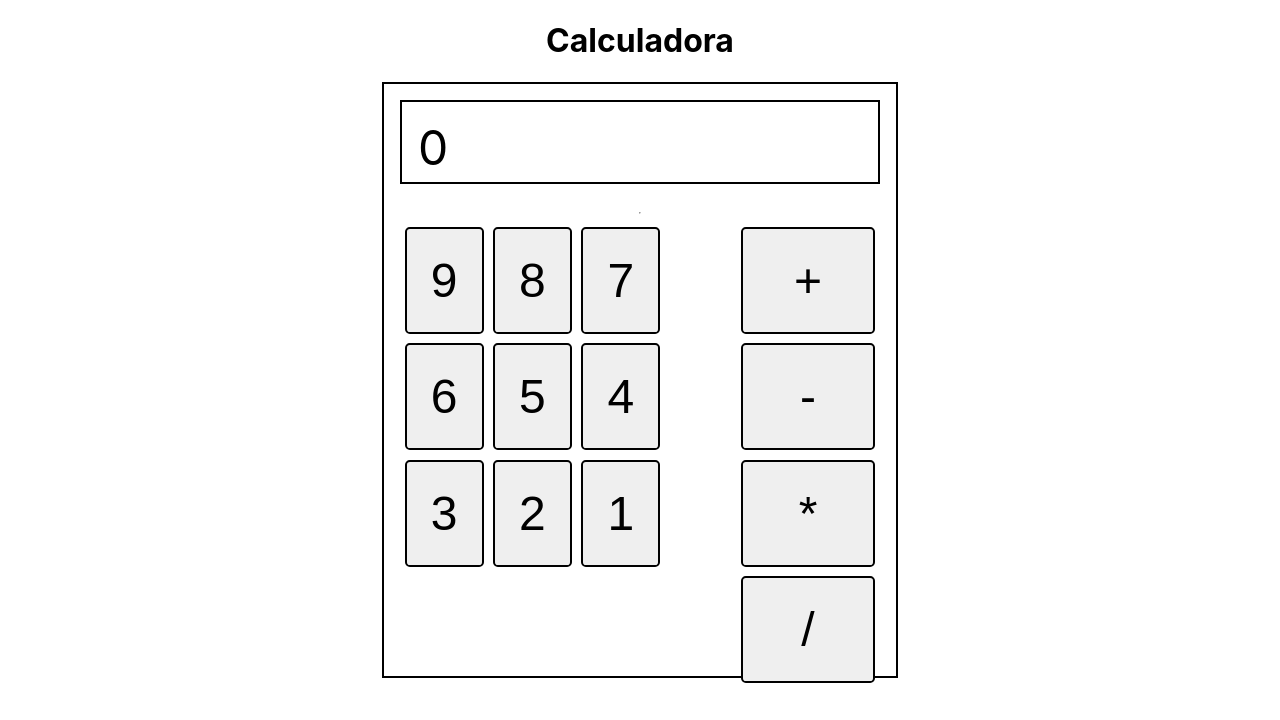
Repository: yamaka/curso-react-febrero-2022
Page: /
An editor plug-in stored every save of this project. The page is shown before and after the next save, followed by the edit.
The browser window is 1280 px wide. The pictures show the whole page.
The project was rebuilt for these pictures with package versions that can differ from the ones it lists, and the page was loaded fresh each time. Also part of the build but not shown: src/App.css, src/components/Zanahoria/Zanahoria.css, src/components/Zanahoria/Zanahoria.js, src/components/Zanahorias/Zanahorias.js, src/components/Lechuga/Lechuga.css, src/components/Lechuga/Lechuga.js, src/components/Calculadora/Calculadora.css, src/components/Calculadora/Calculadora.js and 4 more.

Above is the page before, as saved 2022-03-02 18:43:40.

### src/index.js
import React from 'react';
import ReactDOM from 'react-dom';
import './index.css';
import App from './App';
import reportWebVitals from './reportWebVitals';

ReactDOM.render(
  <React.StrictMode>
    <App />
  </React.StrictMode>,
  document.getElementById('root')
);

// If you want to start measuring performance in your app, pass a function
// to log results (for example: reportWebVitals(console.log))
// or send to an analytics endpoint. Learn more: https://bit.ly/CRA-vitals
reportWebVitals();

### src/App.js
import logo from './logo.svg';
import './App.css';
import Zanahorias from './components/Zanahorias/Zanahorias';
import Lechuga from './components/Lechuga/Lechuga';
import Calculadora from './components/Calculadora/Calculadora';
import CiclosVida from './components/CiclosVida/CiclosVida';
import CalculadoraHooks from './hooks/Calculadora/Calculadora'

function App() {
  return (
    <div style={{
      display: 'flex',
      flexDirection: 'column',
      justifyContent: 'center',
      alignItems: 'center'
    }}>
      {/* componentes sin estado  */}
      {/* <h1>Componentes sin estado  funcionales</h1>
      <h2>Verduleria</h2>
      <Zanahorias titulo={"zanahorias super economicas"} cantidad={3} />  */}
        {/* hacer lo mismo con lechugas */}
      {/* componentes con estado */}
      {/* <h1>componentes con estado como clase</h1>
      <Calculadora/> */}
      {/* <CiclosVida/> */}
      <CalculadoraHooks/>
    </div>
  );
}

export default App;

### src/hooks/Calculadora/Calculadora.js
//componentes como funcionales con estado
import React, { useState } from "react";
import Input from "../components/Input/Input";
import BotonNumerico from "../components/BotonNumerico/BotonNumerico";
import BotonOperacion from "../components/BotonOperacion/BotonOperacion";
import BotonIgual from "../components/BotonIgual/BotonIgual";

import "./Calculadora.css";

const Calculadora = () => {
  const [display, setDisplay] = useState("0");
  const [operandoA, setOperandoA] = useState(0);
  const [operandoB, setOperandoB] = useState(0);
  const [operacion, setOperacion] = useState("+");

  const onPressNumerico = (numero) => {
    if (operandoA == 0) {
      setOperandoA(numero);
      setDisplay(numero);
    } else {
      setOperandoB(numero);
      setDisplay(display + numero);
    }
  };

  const onPressOperacion = (operacion) => {
    setOperacion(operacion);
    setDisplay(display + operacion);
  };

  const calcular = () => {
    switch (operacion) {
      case "+":
        setDisplay((parseInt(operandoA) + parseInt(operandoB)).toString());
    }
  };

  return (
    <div className="container">
      <h1>Calculadora</h1>
      <div className="calculadora-container">
        <Input value={display} />
        <br />
        <hr />
        <div
          style={{
            display: "flex",
            flex: 1,
            flexDirection: "row",
          }}
        >
          <div style={{ display: "flex", flex: 1, flexDirection: "column" }}>
            <div style={{ display: "flex", flexDirection: "row" }}>
              <BotonNumerico value="9" onPress={onPressNumerico} />
              <BotonNumerico value="8" onPress={onPressNumerico} />
              <BotonNumerico value="7" onPress={onPressNumerico} />
            </div>
            <div style={{ display: "flex", flexDirection: "row" }}>
              <BotonNumerico value="6" onPress={onPressNumerico} />
              <BotonNumerico value="5" onPress={onPressNumerico} />
              <BotonNumerico value="4" onPress={onPressNumerico} />
            </div>
            <div style={{ display: "flex", flexDirection: "row" }}>
              <BotonNumerico value="3" onPress={onPressNumerico} />
              <BotonNumerico value="2" onPress={onPressNumerico} />
              <BotonNumerico value="1" onPress={onPressNumerico} />

              {/* <div>
                <BotonNumerico value="0" onPress={onPressNumerico} />
                <BotonIgual onPress={calcular} />
              </div> */}
            </div>
          </div>
          <div
            style={{ display: "flex", flexDirection: "column", width: "30%" }}
          >
            <BotonOperacion operator="+" onPress={onPressOperacion} />
            <BotonOperacion operator="-" onPress={onPressOperacion} />
            <BotonOperacion operator="*" onPress={onPressOperacion} />
            <BotonOperacion operator="/" onPress={onPressOperacion} />
          </div>
        </div>
      </div>
    </div>
  );
};

export default Calculadora;

### src/hooks/components/Input/Input.js
import React from 'react'
import './Input.css'
//tarea que los numeros introduciodps vayan a la derecha

const Input = ({value}) => {
  return (
    <div className='input-container'><span>{value}</span></div>
  )
}

export default Input

### src/hooks/components/BotonNumerico/BotonNumerico.js
import React from 'react'
import './BotonNumerico.css';
const BotonNumerico = ({value, onPress}) => {
  return (
    <button className='boton-numerico' onClick={()=>onPress(value)}>{value}</button>
  )
}

export default BotonNumerico

### src/hooks/components/BotonOperacion/BotonOperacion.js
import React from "react";
import "./BotonOperacion.css";

const BotonOperacion = ({ operator, onPress }) => {
  return (
    <button className="boton-operacion" onClick={() => onPress(operator)}>
      {operator}
    </button>
  );
};

export default BotonOperacion;

### src/hooks/Calculadora/Calculadora.css

.container{
    display: flex;
    flex: 1;
    flex-direction: column;
    align-items: center;

}
.calculadora-container{
    padding: 1rem;
    border: solid 1px;
    border-width: 2px;
    display: flex;
    flex-direction: column;
    width: 30rem;
    height: 35rem;
}

### src/hooks/components/Input/Input.css
.input-container{
    border: solid 1px;
    border-width: 2px;
    height: 3rem;
    font-size: 3rem;
    padding: 1rem;
}

### src/hooks/components/BotonNumerico/BotonNumerico.css
.boton-numerico {
  border: solid 2px;
  padding: 1.5rem;
  border-radius: 0.3rem;
  font-size: 3rem;
  margin: 0.3rem;
}

### src/hooks/components/BotonOperacion/BotonOperacion.css
.boton-operacion {
  border: solid 2px;
  padding: 1.5rem;
  border-radius: 0.3rem;
  font-size: 3rem;
  margin: 0.3rem;
}

Loaded but not shown: public/index.html (common file); src/index.css (common file); src/reportWebVitals.js (common file)

After the next save:
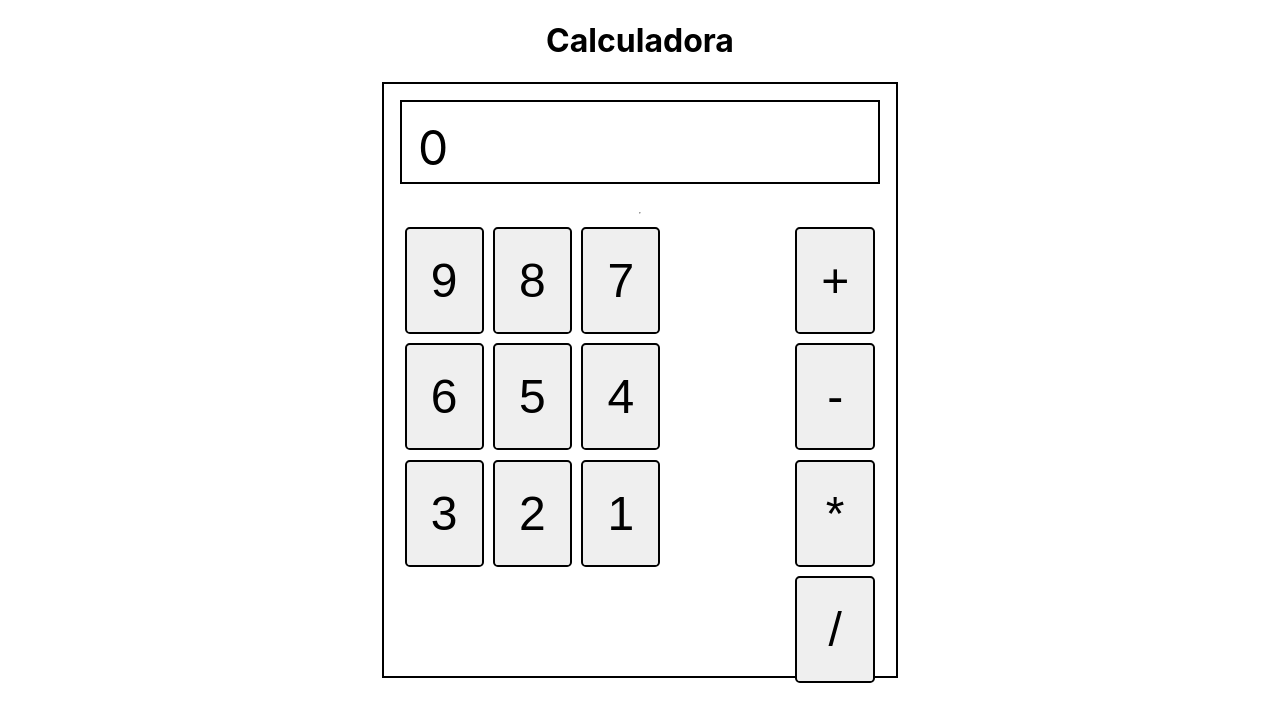
Saved 65 s later.
--- a/src/hooks/Calculadora/Calculadora.js
+++ b/src/hooks/Calculadora/Calculadora.js
@@ -71,9 +71,7 @@ const Calculadora = () => {
               </div> */}
             </div>
           </div>
-          <div
-            style={{ display: "flex", flexDirection: "column", width: "30%" }}
-          >
+          <div style={{ display: "flex", flexDirection: "column" }}>
             <BotonOperacion operator="+" onPress={onPressOperacion} />
             <BotonOperacion operator="-" onPress={onPressOperacion} />
             <BotonOperacion operator="*" onPress={onPressOperacion} />
